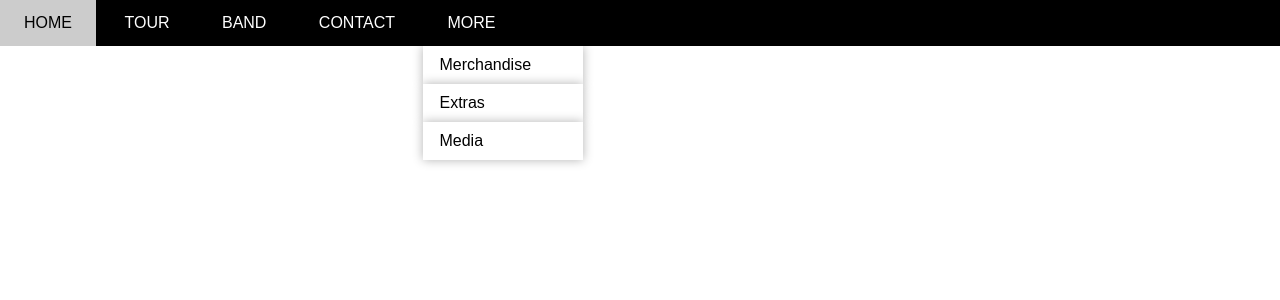
Repository: maivannhan1998/git-w3band
Page: index.html
The author's editor kept a copy of each file at every save. The page is drawn from the files as they stood at one save, then again after the next save.
The browser window is 1280 px wide. The pictures show the whole page.

Above is the page before, as saved 2021-09-04 19:04:42.

After the next save:
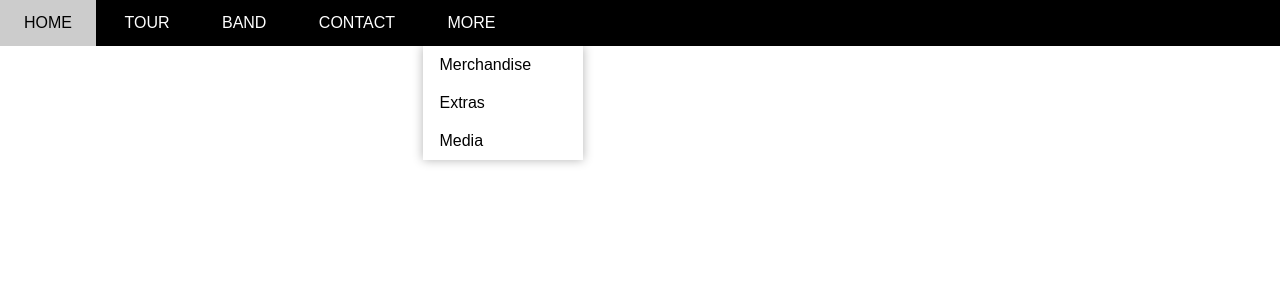
Saved 30 s later.
--- a/asset/css/style.css
+++ b/asset/css/style.css
@@ -55,6 +55,7 @@ html{
     background-color: #fff;
     top: 100%;
     left: 0;
+    box-shadow: 0 0 10px rgba(0, 0, 0, 0.3);
 }
 
 #nav .subnav li {
@@ -68,8 +69,9 @@ html{
     background-color: #fff;
     padding: 0 16px;
     line-height: 38px;
-    box-shadow: 0 0 10px rgba(0, 0, 0, 0.3);
+
 }
+
 
 #slider{
 
